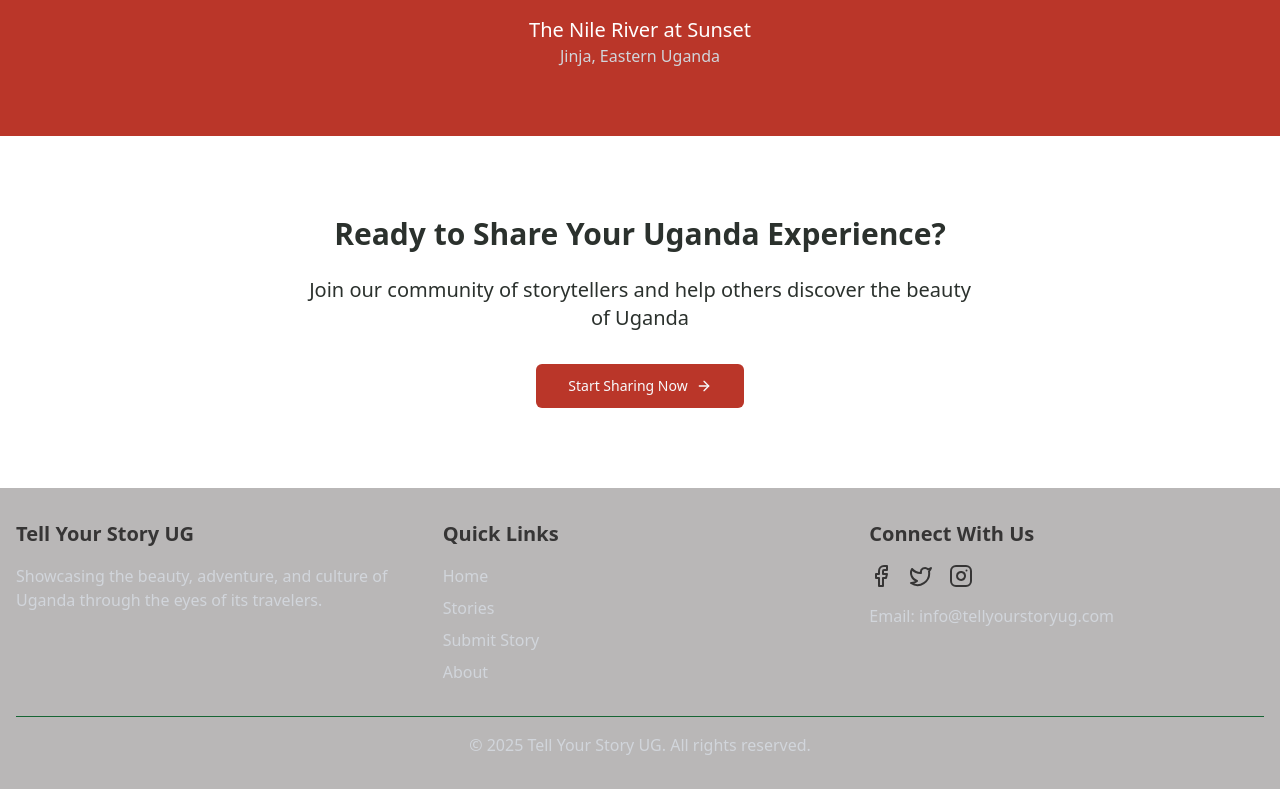
Repository: kaizoku010/take.part
Page: /
These files come from the project's save history. The page is drawn as it stood at one moment and after the next save; the edit follows.
The browser window is 1280 px wide. The pictures show the part of the page from y = 2259 to 3048 px (the page is 3048 px tall).
The project was rebuilt for these pictures with package versions that can differ from the ones it lists, and the page was loaded fresh each time. Also part of the build but not shown: vite.config.ts, src/components/ui/tooltip.tsx, src/pages/About.tsx, src/components/ui/input.tsx, src/pages/Stories.tsx, src/pages/StoryDetail.tsx, src/components/ui/use-toast.ts, src/components/ui/label.tsx and 3 more.

Above is the page before, as saved 2025-04-14 14:31:49.

After the next save:
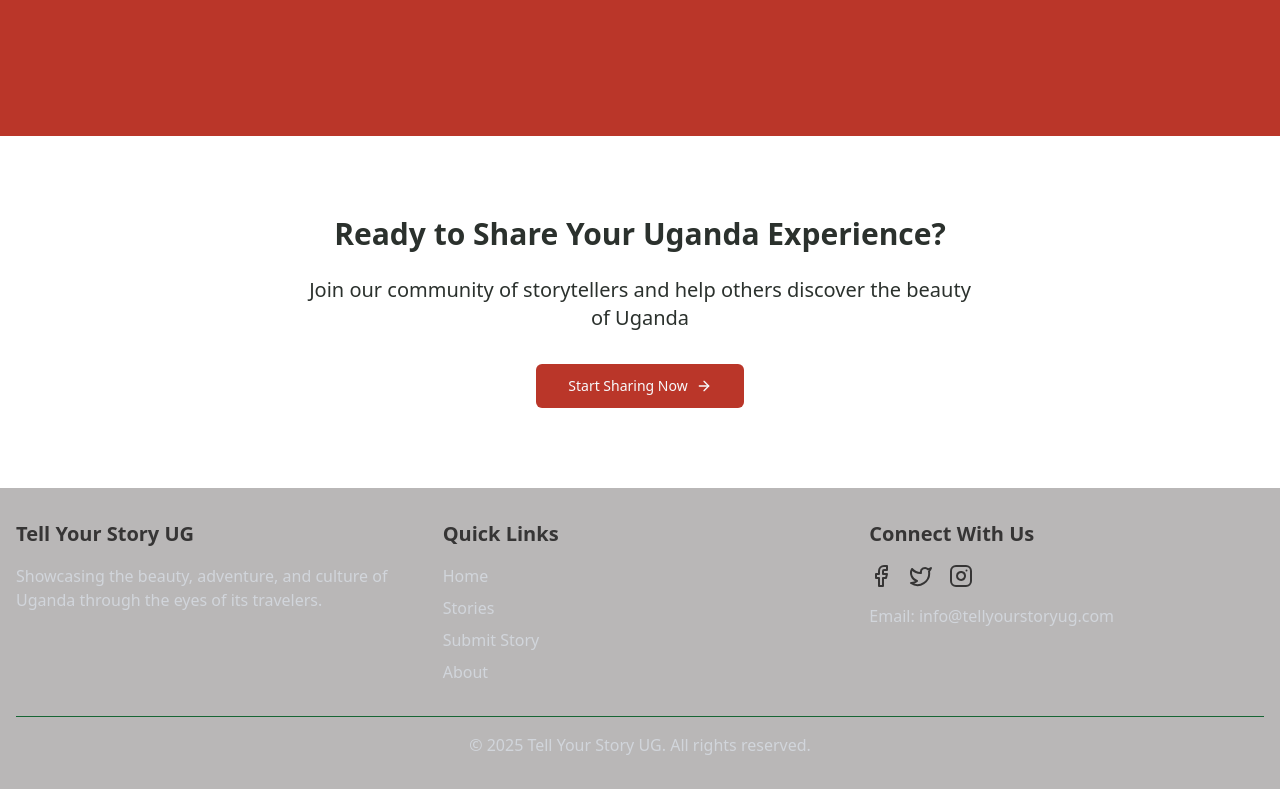
Saved 34 s later.
--- a/src/pages/Home.tsx
+++ b/src/pages/Home.tsx
@@ -176,10 +176,10 @@ alt="Uganda landscape"
                       className="w-full h-full object-cover"
                     />
                   </div>
-                  <div className="text-center mt-4">
+                  {/* <div className="text-center mt-4">
                     <h3 className="text-xl font-medium">The Nile River at Sunset</h3>
                     <p className="text-gray-300">Jinja, Eastern Uganda</p>
-                  </div>
+                  </div> */}
                 </div>
               </CarouselItem>
               <CarouselItem>
